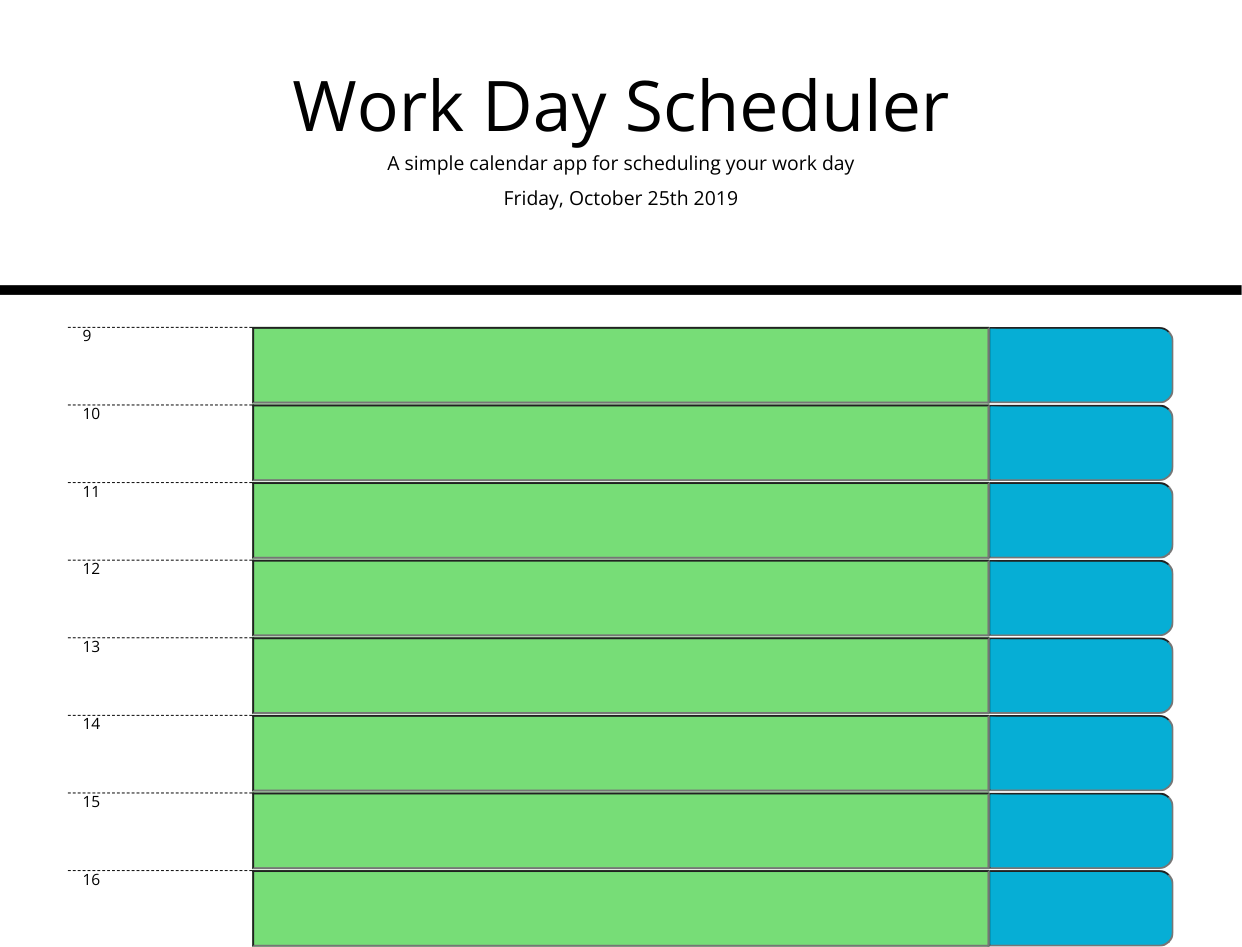
Repository: s88leigh/Day-Planner
Page: Develop/index.html
The author's editor kept a copy of each file at every save. The page is drawn from the files as they stood at one save, then again after the next save.
The browser window is 1280 px wide. The pictures show the whole page, at 97% of full size.
Some web libraries are served in a nearby version.

Above is the page before, as saved 2019-10-26 09:46:20.

### Develop/index.html
<!DOCTYPE html>
<html lang="en">
  <head>
    <meta charset="UTF-8" />
    <meta name="viewport" content="width=device-width, initial-scale=1.0" />
    <meta http-equiv="X-UA-Compatible" content="ie=edge" />
    <link
      rel="stylesheet"
      href="https://stackpath.bootstrapcdn.com/bootstrap/4.3.1/css/bootstrap.min.css"
    />
    <link
      rel="stylesheet"
      href="https://use.fontawesome.com/releases/v5.8.1/css/all.css"
      integrity="sha384-50oBUHEmvpQ+1lW4y57PTFmhCaXp0ML5d60M1M7uH2+nqUivzIebhndOJK28anvf"
      crossorigin="anonymous"
    />
    <link
      href="https://fonts.googleapis.com/css?family=Open+Sans&display=swap"
      rel="stylesheet"
    />
    <link rel="stylesheet" href="style.css" />
    <title>Work Day Scheduler</title>
  </head>

  <body>
    <script src="lib\moment\moment.min.js"></script>

    <header class="jumbotron">
      <h1 class="display-3">Work Day Scheduler</h1>
      <p class="lead">A simple calendar app for scheduling your work day</p>
      <p id="currentDay" class="lead">8:00</p>
    </header>
    <div class="container">
      <!-- Timeblocks go here -->

   </div>



    <script>
      const curDay = document.querySelector(".currentDay");

      function updateTime(){
        const now = moment();
        const date = now.format("dddd, MMMM Do YYYY");

        currentDay.textContent = date;
      }
      setInterval (updateTime , 1000)
      updateTime();


    </script>


    <script src="https://code.jquery.com/jquery-3.4.1.min.js"></script>
    <script src="https://cdnjs.cloudflare.com/ajax/libs/moment.js/2.24.0/moment.min.js"></script>
    <script src="script.js"></script>
    </body>
</html>

### Develop/style.css
body {
  font-family: 'Open Sans', sans-serif;
  font-size: 16px;
  line-height: 1;
}

textarea{
  background: transparent;
  border: none;
  resize: none;
  color: #000000;
  border-left: 1px solid black;
  padding: 10px;
}

.jumbotron {
  text-align: center;
  background-color: transparent;
  color: black;
  border-radius: 0;
  border-bottom: 10px solid black;
}

.description{
  white-space: pre-wrap;
}

.time-block{
  text-align: center;
  border-radius: 15px;
}

.row {
  white-space: pre-wrap;
  height: 80px;
  border-top: 1px solid white;;
}

.hour {
  background-color: #ffffff;
  color: #000000;
  border-top: 1px dashed #000000;
}

.past {
  background-color: #d3d3d3;
  color: white;
}

.present {
  background-color: #ff6961;
  color: white;
}

.future {
  background-color: #77dd77;
  color: white;
}

.saveBtn {
  border-left: 1px solid black;
  border-top-right-radius: 15px;
  border-bottom-right-radius: 15px;
  background-color: #06AED5;
  color: white;
}

.saveBtn i:hover {
  font-size: 20px;
  transition: all .3s ease-in-out;
}

### Develop/script.js
var startTime = 9;
var endTime = 17
timeSlots = $(".container");

for(i = startTime; i < endTime; i++) {
    newHour = $("<div>");
    newHour.addClass("row");

    hour = $("<div>");
    hour.addClass("col-2 hour");
    hour.text(i);

    dailyTask = $("<input>");
    dailyTask.addClass("col-8");
    dailyTask.addClass("future");

    saveButton = $("<input>");
    saveButton.addClass("col-2 saveBtn");
    saveButton.addClass("saveBtn i:hover");

    newHour.append(hour, dailyTask, saveButton);
    timeSlots.append(newHour);
 }


var saveButton = $(".saveBtn");
var dailyTask = $("input");

$(".saveBtn").on("click", function(){

  console.log("clicked save button");
    });

$("input").on("change", function(event) {
    event.preventDefault();
    console.log("Daily Task");
})


    // localStorage.setItem("dailyTask", dailyTaskInput);

    // var saveButton=JSON.stringify(value);
    // localStorage.setItem("saveButton", saveButtonJSON);

Loaded but not shown: Develop/lib/moment/moment.min.js (library)

After the next save:
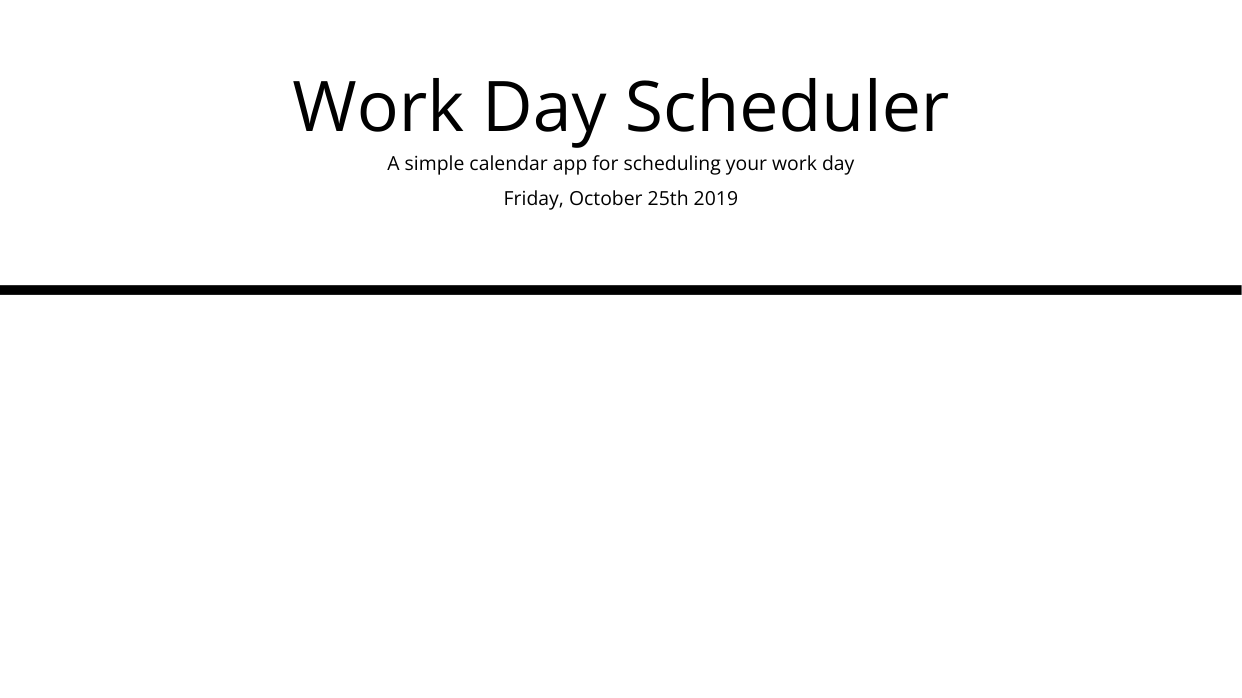
Console error: ReferenceError: sav is not defined
Saved 4 s later.
--- a/Develop/script.js
+++ b/Develop/script.js
@@ -17,6 +17,7 @@
     saveButton = $("<input>");
     saveButton.addClass("col-2 saveBtn");
     saveButton.addClass("saveBtn i:hover");
+    sav
 
     newHour.append(hour, dailyTask, saveButton);
     timeSlots.append(newHour);

After the 4 saves that followed:
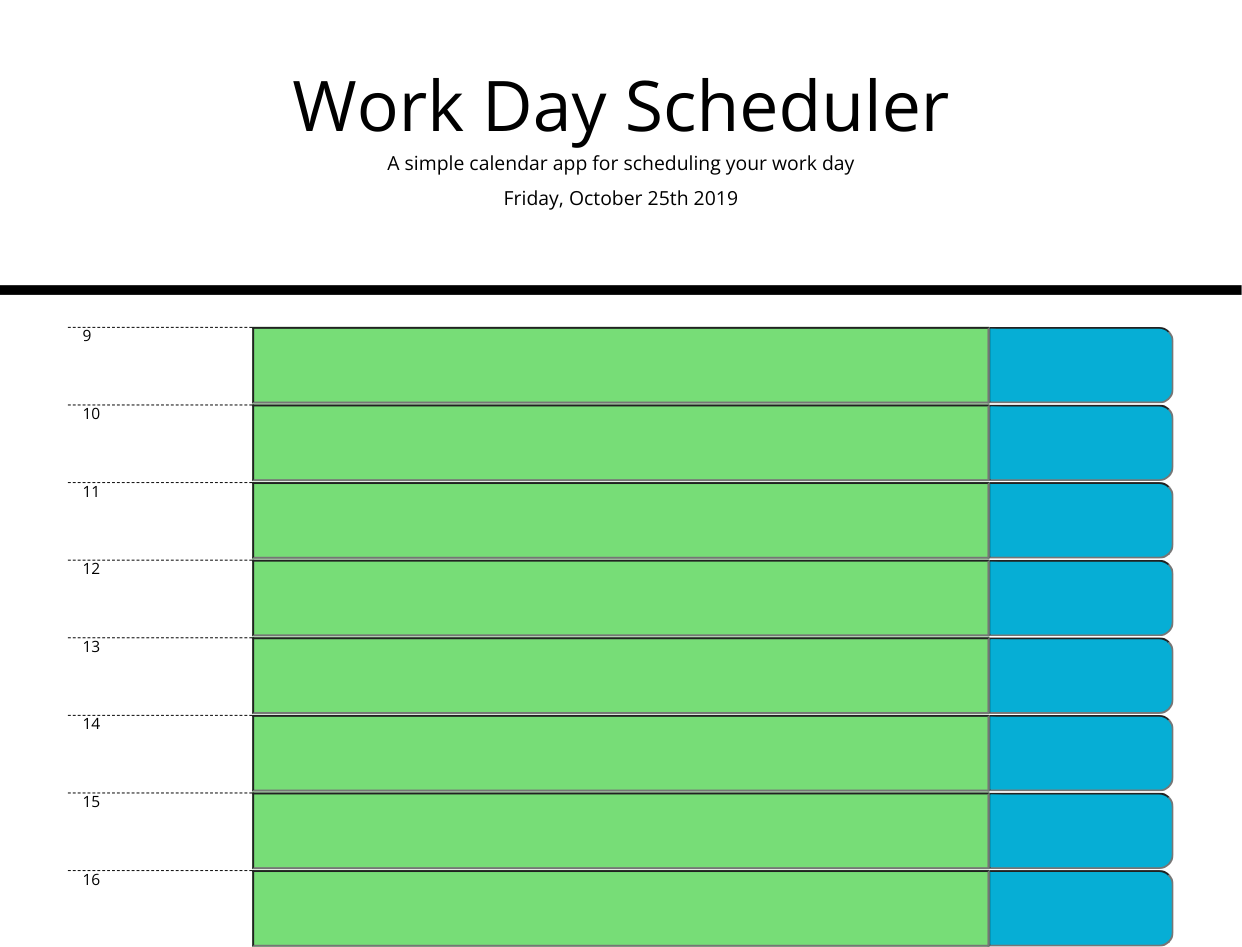
The error is gone.
The 4 saves are shown as one change because 1 left the picture as it was and some came seconds apart.
The last was saved 13 s later.
--- a/Develop/script.js
+++ b/Develop/script.js
@@ -17,7 +17,7 @@
     saveButton = $("<input>");
     saveButton.addClass("col-2 saveBtn");
     saveButton.addClass("saveBtn i:hover");
-    sav
+    saveButton.a
 
     newHour.append(hour, dailyTask, saveButton);
     timeSlots.append(newHour);
